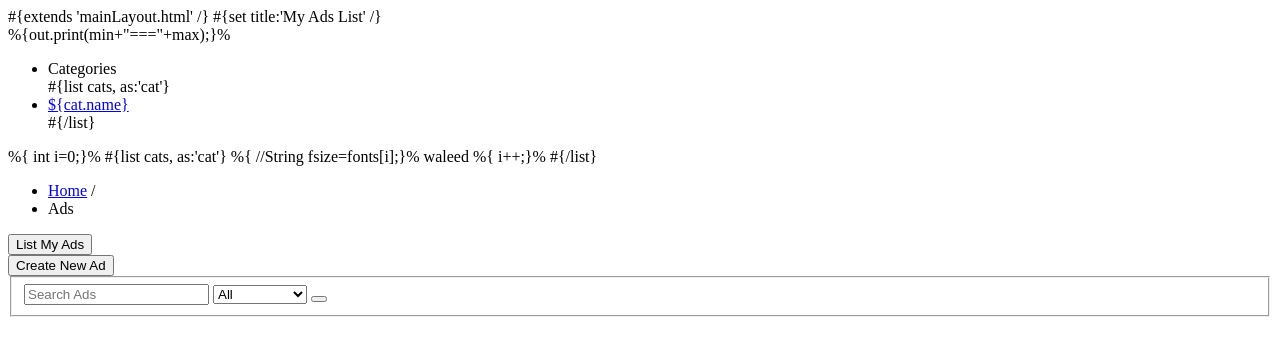
Repository: Maalejm/SEBA
Page: SlifeWebSite/app/views/Ads/index.html
An editor plug-in stored every save of this project. The page is shown before and after the next save, followed by the edit.
The browser window is 1280 px wide. The pictures show the whole page.

Above is the page before, as saved 2013-06-17 23:47:02.
Console error: SyntaxError: Invalid or unexpected token

After the next save:
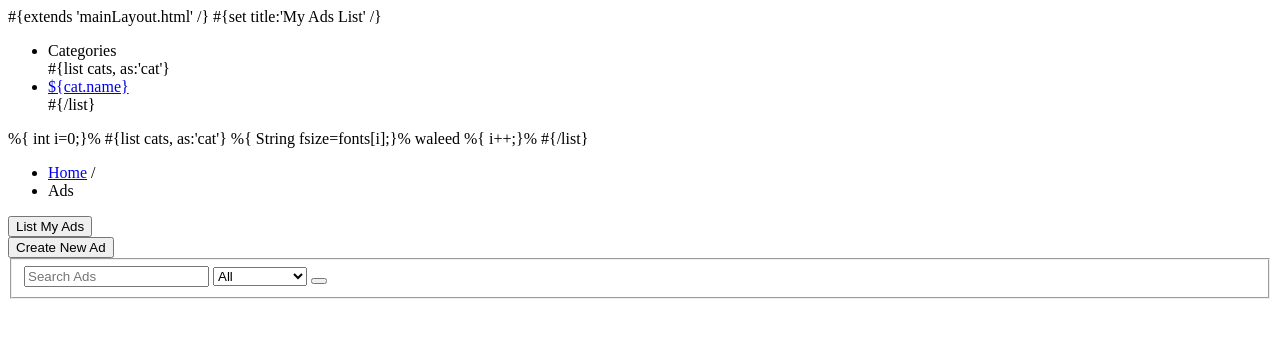
Saved 20 s later.
--- a/SlifeWebSite/app/views/Ads/index.html
+++ b/SlifeWebSite/app/views/Ads/index.html
@@ -5,7 +5,7 @@
 
 
 <div class="container-fluid">
-%{out.print(min+"==="+max);}%
+
             <div class="row-fluid">
                 <div class="span2">
 
@@ -23,7 +23,7 @@
                     </ul>
                     %{ int i=0;}%
                     #{list cats, as:'cat'}
-                       %{ //String fsize=fonts[i];}%
+                       %{ String fsize=fonts[i];}%
                        <span><a>waleed</a></span>
                       %{ i++;}%
                     #{/list}
